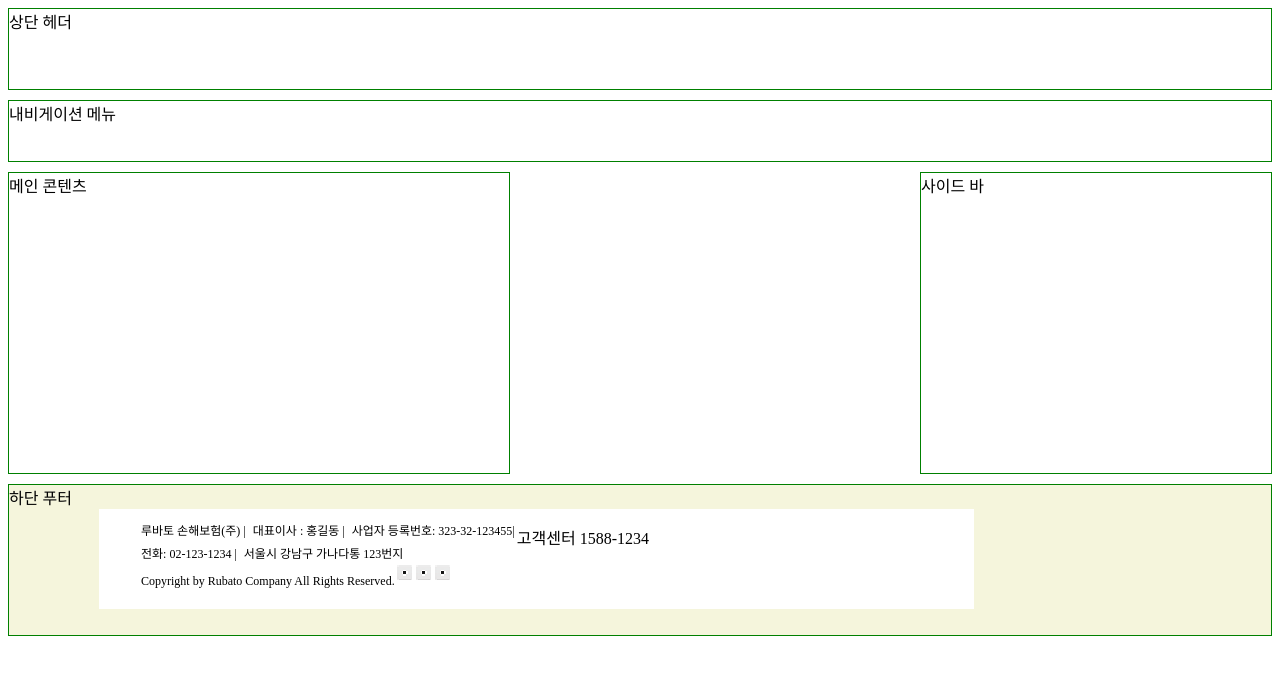
Repository: woosungtae/html_css
Page: pro01/public/a3.html
The author's editor kept a copy of each file at every save. The page is drawn from the files as they stood at one save, then again after the next save.
The browser window is 1280 px wide. The pictures show the whole page.

Above is the page before, as saved 2022-12-14 05:43:00.

### pro01/public/a3.html
<!DOCTYPE html>
<html lang="en">
<head>
<meta charset="UTF-8">
<title>3번시험</title>
<style>
    header {
    border : 1px solid green;
    height: 80px;
    margin-bottom: 10px;
        }
   #address {
    width: 600px;
    font-size: 12px;
      }
   #address ul {
    list-style-type :none;
    float: left;
    margin-bottom : 0;
        }
   #address li {
     display: inline;
     padding: 2px;
        }
    #customer {
     float: center right;
     margin-right: 5px;

        }
     nav {
      border : 1px solid green;
      height: 60px;
      margin-bottom: 10px;
        }
   .content {
      display: inline;
      height: 300px;
        }
    section {
      border: 1px solid green;
      height: 300px;
      width: 500px;
      float: left;
      margin-right: 20px;
      margin-bottom: 10px;
        }
    aside {
     border: 1px solid green;
     height: 300px;
     width: 350px;
     float: right;
        }
    footer {
     border: 1px solid green;
     height: 150px;
     clear: both;
     background-color: beige;
      }
    #contain{
    width: 875px;
    height: 100px;
    display: inline-block;
    background-color:white;
    margin-left: 90px;
        }
   #sec1{
    margin-top:5px;
        }



    </style>
</head>
<body>
    <header>
      <div>상단 헤더</div>
    </header>
    <nav>
       <div>내비게이션 메뉴</div>
    </nav>
    <div id="content">
        <section>
         <div>메인 콘텐츠</div>
        </section>
        <aside>
            <div>사이드 바</div>
        </aside>
    </div>
    <footer>
        <div>
           하단 푸터
        </div>
        <div id="contain">
            <div id="address">
                <ul>
                    <li> 루바토 손해보험(주) |   </li>
                    <li>대표이사 : 홍길동 |</li>
                    <li>사업자 등록번호: 323-32-123455|</li>
                </ul>
                <ul id="sec1">
                    <li>전화: 02-123-1234 |</li>
                    <li>서울시 강남구 가나다통 123번지</li>

                </ul>
                <ul>
                    <li>Copyright by Rubato Company All Rights Reserved.</li>
                </ul>

            </div>
            <div id="customer">
               <p>고객센터 1588-1234</p>
                <img src="images/dot.png">
                <img src="images/dot.png">
                <img src="images/dot.png">
            </div>
        </div>
    </footer>
</body>
</html>

After the next save:
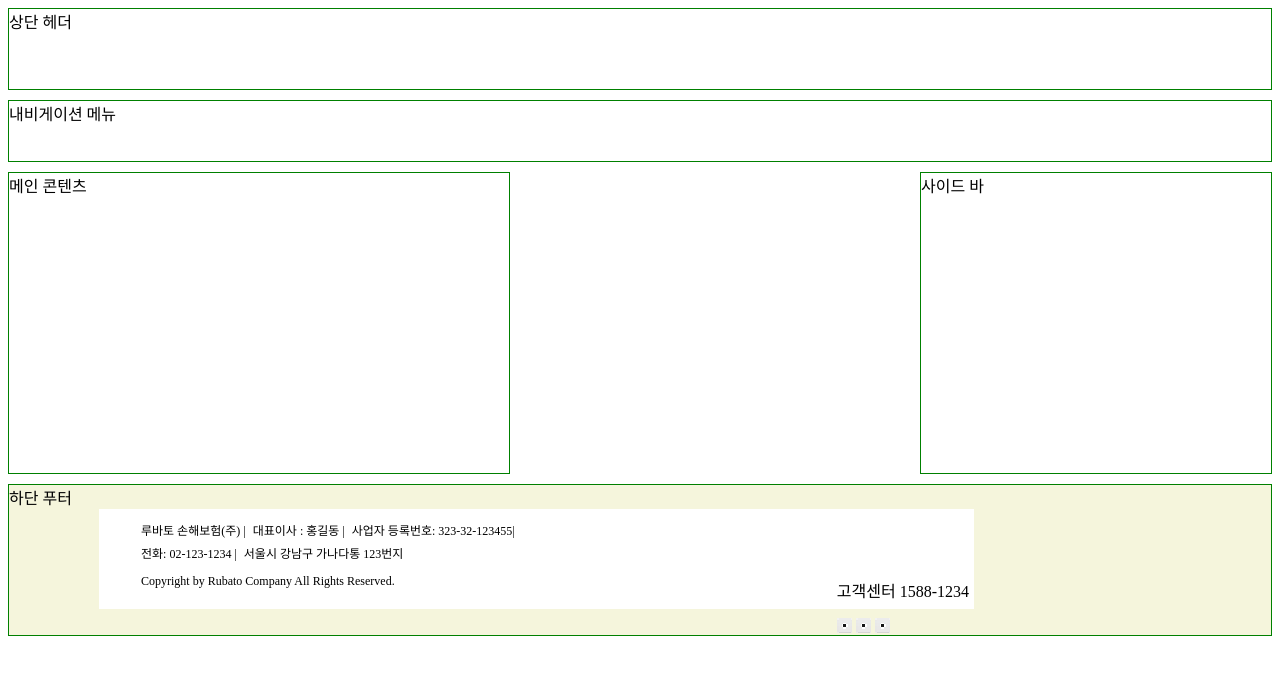
Saved 5 s later.
--- a/pro01/public/a3.html
+++ b/pro01/public/a3.html
@@ -23,7 +23,7 @@
      padding: 2px;
         }
     #customer {
-     float: center right;
+     float: right;
      margin-right: 5px;
 
         }
